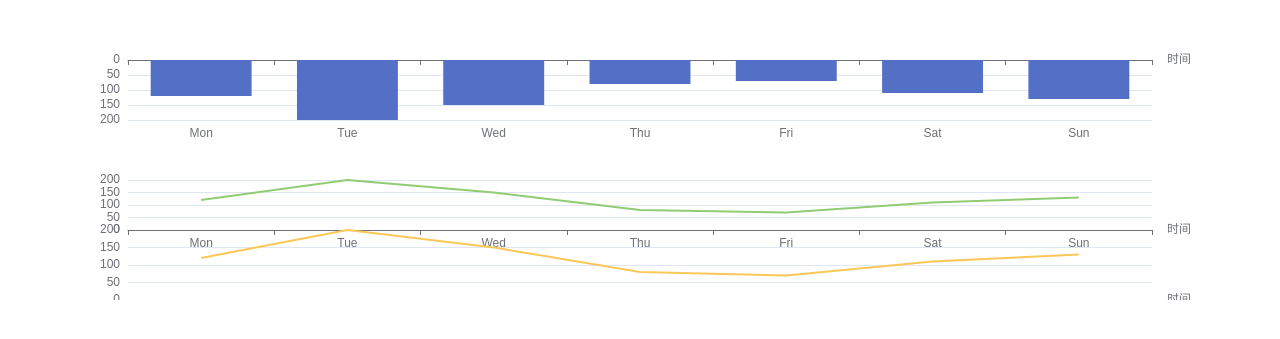
Repository: LeP-Ton/curve
Page: /
The author's editor kept a copy of each file at every save. The page is drawn from the files as they stood at one save, then again after the next save.
The browser window is 1280 px wide. The pictures show the whole page.
The project was rebuilt for these pictures with package versions that can differ from the ones it lists, and the page was loaded fresh each time.

Above is the page before, as saved 2022-08-18 20:15:30.

After the next save:
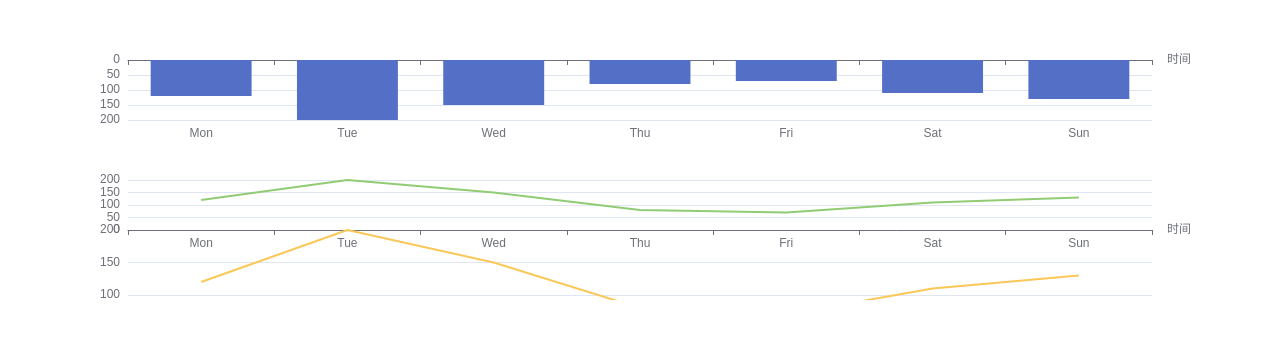
Saved 5 s later.
--- a/src/index.js
+++ b/src/index.js
@@ -53,7 +53,7 @@ const option = {
       top: '60%'
     },
     {
-      top: '100%'
+      top: '120%'
     }
   ],
   series: [
